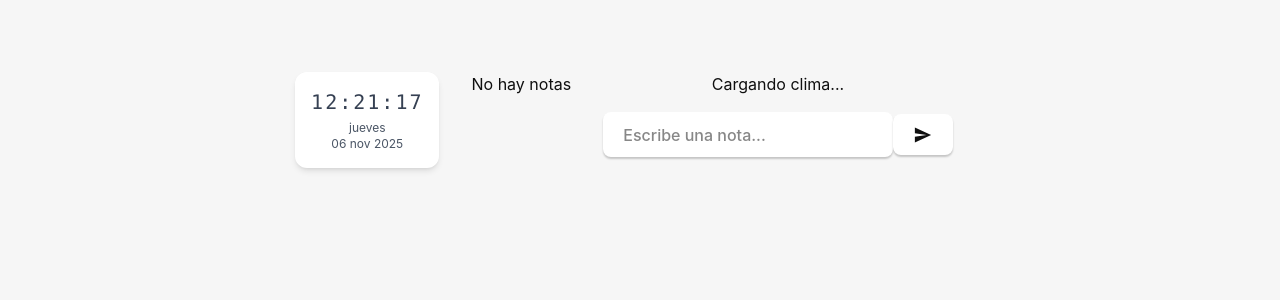
Repository: CodeByEvans/my-romantic-widget
Page: /
The author's editor kept a copy of each file at every save. The page is drawn from the files as they stood at one save, then again after the next save.
The browser window is 1280 px wide. The pictures show the whole page.
The page's requests for data from a server got no answer. The project was rebuilt for these pictures with package versions that can differ from the ones it lists, and the page was loaded fresh each time. No one was signed in, and anything a server would have sent is missing. Also part of the build but not shown: vite.config.ts.

Above is the page before, as saved 2025-11-06 12:21:05.

After the next save:
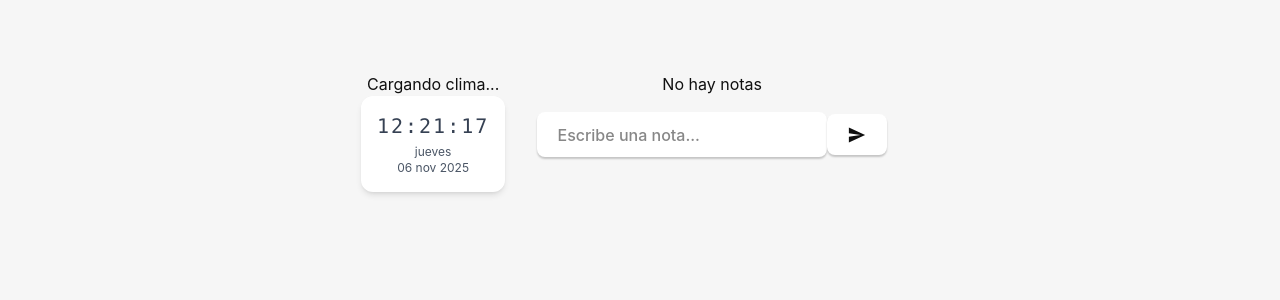
Saved 7 s later.
--- a/src/App.tsx
+++ b/src/App.tsx
@@ -8,10 +8,13 @@ function App() {
   return (
     <main className="container mx-auto p-4">
       <section className="flex flex-row gap-8  max-w-4xl mx-auto">
-        <Clock />
-        <NotesList />
         <div>
           <WeatherWidget />
+          <Clock />
+        </div>
+
+        <div>
+          <NotesList />
           <NoteInput />
         </div>
         <div></div>
